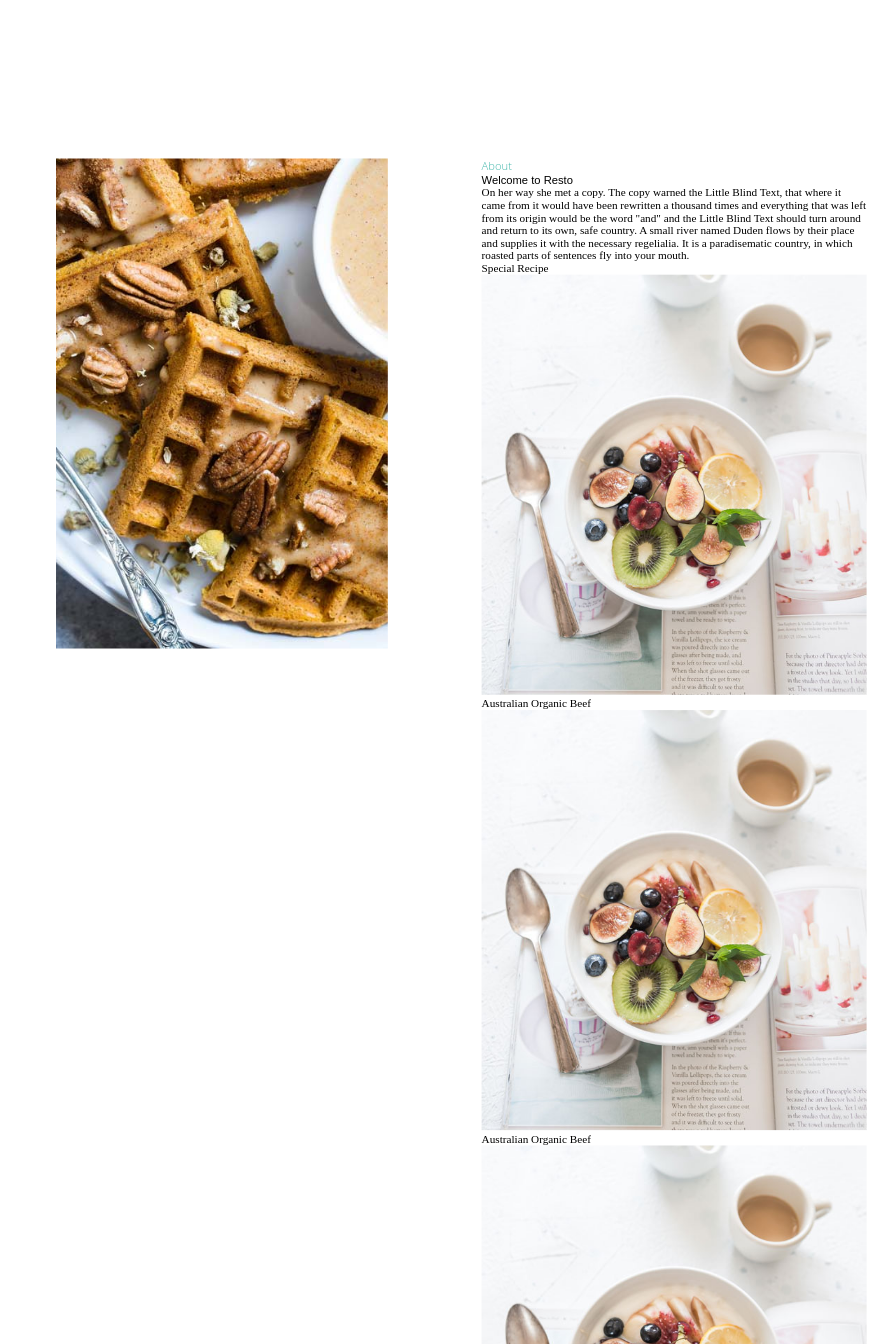
Repository: nguyenanhtuanHDU/myrestaurant
Page: index.html
These files come from the project's save history. The page is drawn as it stood at one moment and after the next save; the edit follows.
The browser window is 1280 px wide. The pictures show the part of the page from y = 579 to 2499 px (the page is 2837 px tall before and 2856 px after), at 70% of full size.

Above is the page before, as saved 2022-02-01 01:58:56.

### index.html
<!DOCTYPE html>
<html lang="en">
<head>
    <meta charset="UTF-8">
    <meta http-equiv="X-UA-Compatible" content="IE=edge">
    <meta name="viewport" content="width=device-width, initial-scale=1.0">
    <link rel="stylesheet" href="./assets/style.css">
    <link rel="stylesheet" href="./assets/icon/fontawesome-free-5.15.4-web/css/all.css">
    <link rel="stylesheet" href="./assets/main.js">
    <link rel="stylesheet" href="./aos/aos.css">
    <title>Resto</title>

</head>
<body>
    <div id="main">
        <div id="header">

            <i class="fas fa-bars" ></i>

            <ul id="nav_1" >
                <li><a href="">Home</a></li>
                <li><a href="">About</a></li>
                <li>
                <a href="">
                    Special Dishes
                    <i class="fas fa-caret-down"></i>
                </a>
                <ul class="subnav_1">
                    <li><a href="">
                        <i class="fas fa-angle-right"></i>
                        Beef Steak Sauce
                    </a></li>
                    <li><a href="">
                        <i class="fas fa-angle-right"></i>
                        Salmon Zucchini
                    </a></li>
                </ul>
                </li>
            </ul>

            <img src="./assets/image/logo.png" alt="" class="img_header" >

            <div id="nav_2">
                <ul>
                    <li><a href="">Menu</a></li>
                    <li><a href="">Team</a></li>
                    <li><a href="">Reservation</a></li>
                </ul>
            </div>

            <i class="fas fa-search"></i>

        </div>

        <div id="introduce">

            <div class="content">
                <h1 class="content_heading1">We Love</h1>
                <h1 class="content_heading2">Delicious Foods!</h1>
                <div class="list_content">
                    <img src="/assets/image/Content/1.png" alt="" class="img_content">
                    <img src="/assets/image/Content/2.png" alt="" class="img_content">
                    <img src="/assets/image/Content/3.png" alt="" class="img_content">

                </div>

                <div class="slider_dish">
                    <img class="img_dish" src="./assets/image/hero-1.jpg" >
                    <img class="img_dish" src="./assets/image/hero-2.jpg" >
                    <img class="img_dish" src="./assets/image/hero-3.jpg" >
                </div>
            </div>



            <div class="about">
                <img src="./assets/image/hero-2.jpg" alt="" class="img_about">
                <div class="about_content">
                    <div class="about_heading">About</div>
                    <div class="about_title">Welcome to Resto </div>
                    <div class="content_para">On her way she met a copy. The copy warned the Little Blind Text, that where it came from it would have been rewritten a thousand times and everything that was left from its origin would be the word "and" and the Little Blind Text should turn around and return to its own, safe country. A small river named Duden flows by their place and supplies it with the necessary regelialia. It is a paradisematic country, in which roasted parts of sentences fly into your mouth.

                    </div>

                    <div class="about_dish">
                        <div class="dish_title">Special Recipe </div>
                        <div class="list_dish">
                            <div class="dish_items">
                                <img src="./assets/image/hero-1.jpg" alt="" class="dish_img">
                                <div class="dish_name">Australian Organic Beef</div>
                            </div>
                            <div class="dish_items">
                                <img src="./assets/image/hero-1.jpg" alt="" class="dish_img">
                                <div class="dish_name">Australian Organic Beef</div>
                            </div>
                            <div class="dish_items">
                                <img src="./assets/image/hero-1.jpg" alt="" class="dish_img">
                                <div class="dish_name">Australian Organic Beef</div>
                            </div>

                        </div>
                    </div>
                </div>
            </div>
        </div>

        <div id="special">

        </div>

        <div id="menu">

        </div>

        <div id="team">

        </div>

        <div id="book">

        </div>

        <div id="footer">

        </div>
    </div>


    <script src="./assets/main.js">

    </script>
    <script src="./aos/aos.js">
        AOS.init();

    </script>


</body>
</html>

### assets/style.css
*{
    margin: 0;
    padding: 0;
    box-sizing: border-box;
}

#header{

    margin-top: 45px;
    margin-left: 150px;
}
#header .fa-bars:hover{
    color: #45b8ac;
    cursor: pointer;
    transform: rotate(360deg);
    transition: .6s ease;
}
#header .fa-bars{
    display: inline-block;
    margin-right: 140px;
    font-size: 20px;
}
#header .fa-search{
    font-size: 20px;
    margin-left: 150px;
}
#header .fa-search:hover{
    color: #45b8ac;
    cursor: pointer;
    font-size: 30px;
    transition: 0.4s ease;
}
#nav_1{
    display: inline-block;

}
#nav_1 > li {
    display: inline-block;
    position: relative;
}
#nav > li:hover{
    display: block;
}

#nav_1 > li > a {
    position: relative;
    font-family: Helvetica, Arial, sans-serif;
    opacity: 0.8;
    display: block;
    color: black;
    text-decoration: none;
    padding: 6px 8px;
}
#nav_1 > li > a:before {
    content: '';
    position: absolute;
    bottom: 0;
    left: 0;
    background-color: #45b8ac;
    height: 3px;
    width: 0%;
    transition: 0.6s ease ;
}
#nav_1 > li > a:hover:before {
    width: 100%;
}
#nav_1 li:hover .subnav_1{
    display: block;
    animation: subnav-1 1s ease ;
}
@keyframes subnav-1{
    0%{
        opacity: 0;
        left: 100px;
    }
    50%{
        left: -20px;
    }
    100%{
        left: 0;
    }

}
.subnav_1{
    position: absolute;
    top: 30px;
    opacity: 1;
    width: 162px;
    display: none;
    z-index: 2;
    overflow: hidden;
    border-top-right-radius: 19px;
    border-bottom-right-radius: 19px;
    box-shadow: rgba(0, 0, 0, 0.35) 0px 5px 15px;
}
.subnav_1 li{
    display: block;
}
.subnav_1 li a:hover{
    background-color: #45b8ac;
    color: white;
}
.subnav_1 li a{
    position: relative;
    font-family: Helvetica, Arial, sans-serif;
    opacity: 0.8;
    color: black;
    text-decoration: none;
    padding: 6px 8px;
    display: block;
}
.subnav_1 li a:before{
    content: '';
    position: absolute;
    top: 0;
    left: 0;
    background-color: #45b8ac;
    height: 100%;
    width: 0%;
    z-index: -1;
}
.subnav_1 li a:hover:before{
    color: white;
}



.img_header{
    width: 117.25px;
    height: 50px;
    margin-left: 78px;
    margin-right: 94px;
}
#nav_2{
    display: inline-block;
}
#nav_2 li {
    display: inline-block;
}

#nav_2 li a {
    position: relative;
    text-decoration: none;
    color: black;
    font-family: Helvetica, Arial, sans-serif;
    opacity: 0.8;
    padding: 6px 8px;
}
#nav_2 li a:before {
    content: '';
    position: absolute;
    bottom: 0;
    left: 0;
    background-color: #45b8ac;
    height: 3px;
    width: 0%;
    transition: 0.6s ease;
}
#nav_2 li a:hover:before {
    width: 100%;
}
#introduce{
    position: relative;
    height: 2000px;
}
.content{
    position: absolute;
    top: 86px;
    left: 50px;
}
.content_heading1{
    font-size: 3.5rem;
    font-weight: 300;
    line-height: 1.2;
}
.content_heading2{
    font-size: 3.5rem;
    font-weight: 300;
    line-height: 1.2;
    padding-top: 14px;
    padding-bottom: 59px;
}
.slider_dish{

}
.img_dish{
    position: absolute;
    width: 545px;
    height: 292px;
    object-fit: cover;
    top: 11px;
    left: 167%;
    box-shadow: rgba(0, 0, 0, 0.35) 0px 5px 15px;
    border-radius: 20px;
}
.about{
    position: absolute;
    top: 700px;
}
.img_about{
    width: 474px;
    height: 700px;
    object-fit: cover;
    margin-left: 80px;
}
.about_content{
    position: absolute;
    top: 0;
    left: 43em;
}
.about_heading{
    color: #45b8ac;
    font-family: 'Open Sans',sans-serif;
    font-weight: 300;
}
.about_title{
    font-family: 'Josefin Sans',sans-serif;
    font-weight: 700px;
    fo
}

### assets/main.js

var myIndex = 0;
        carousel();

        function carousel() {
          var i;
          var x = document.getElementsByClassName("img_dish");
          for (i = 0; i < x.length; i++) {
            x[i].style.display = "none";
          }
          myIndex++;
          if (myIndex > x.length) {myIndex = 1}
          x[myIndex-1].style.display = "block";
          setTimeout(carousel, 3000);
        }

Loaded but not shown: assets/icon/fontawesome-free-5.15.4-web/css/all.css (library); aos/aos.css (library); aos/aos.js (library)

After the next save:
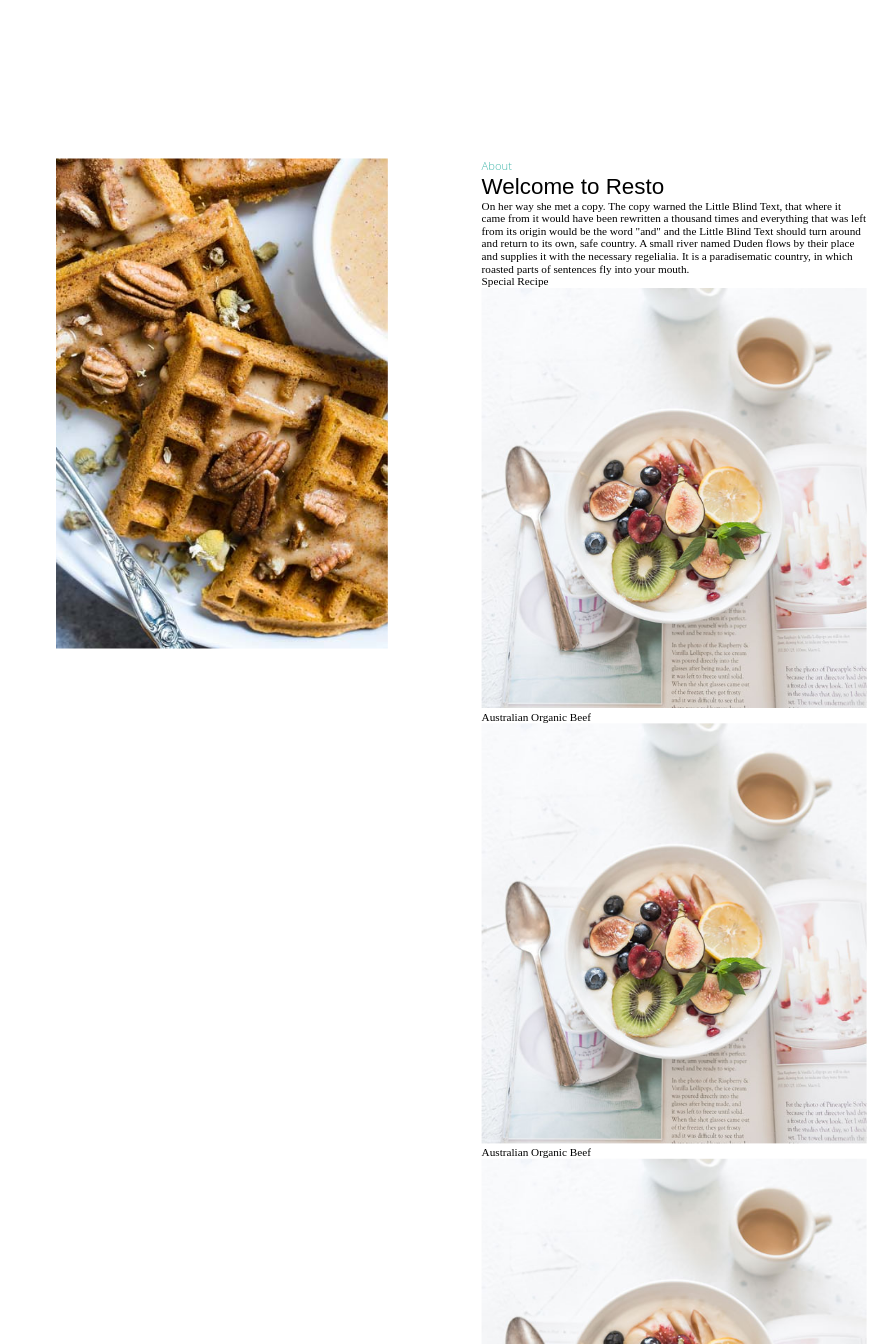
Saved 4 s later.
--- a/assets/style.css
+++ b/assets/style.css
@@ -216,5 +216,5 @@
 .about_title{
     font-family: 'Josefin Sans',sans-serif;
     font-weight: 700px;
-    fo
-}
+    font-size: 32px;
+}
